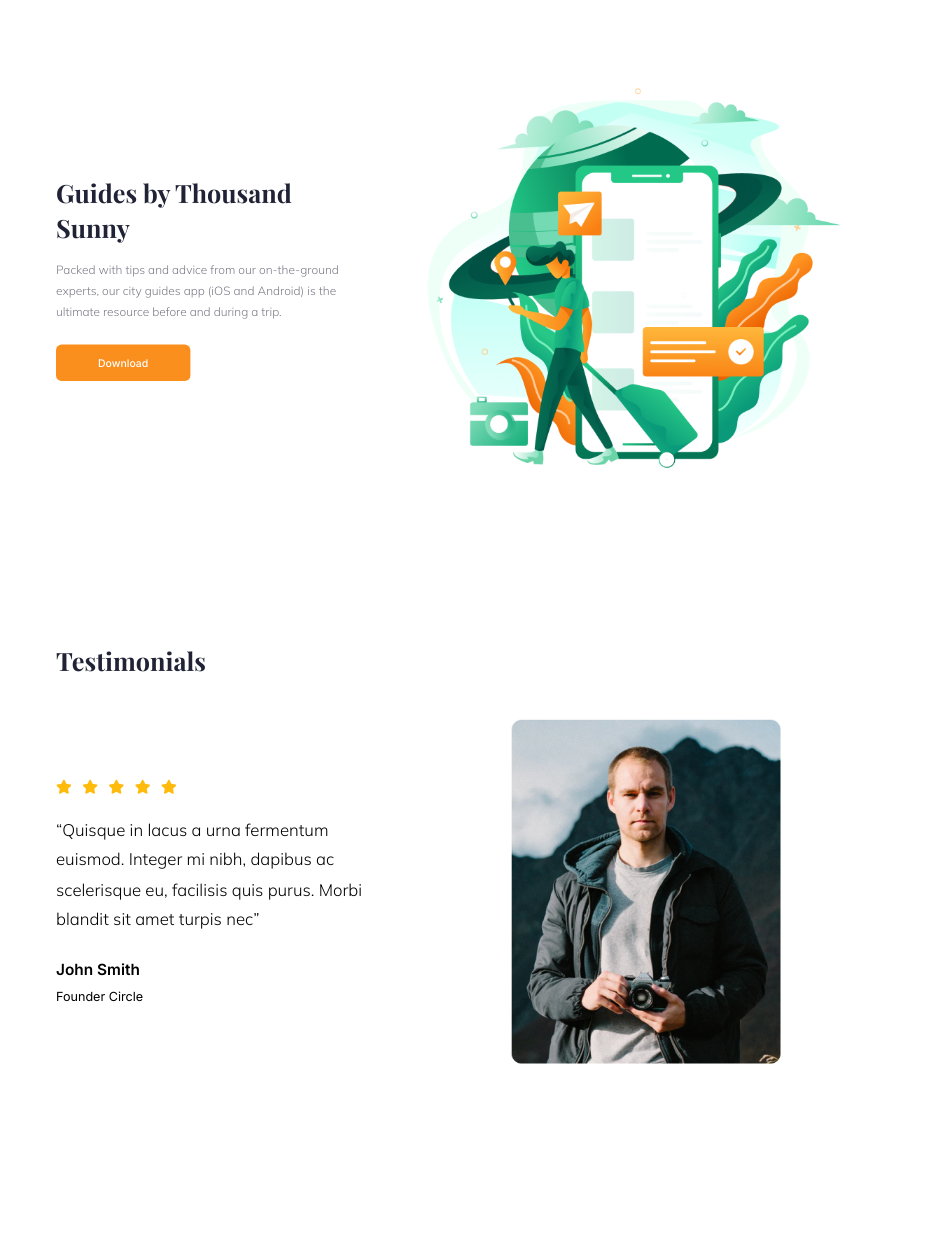
Repository: long5122000/sunny
Page: index.html
An editor plug-in stored every save of this project. The page is shown before and after the next save, followed by the edit.
The browser window is 1280 px wide. The page is 1335 px wide, so the pictures cover 1335 px, including what lies to the right of the window. The pictures show the part of the page from y = 2465 to 4305 px (the page is 4255 px tall before and 4305 px after), at 70% of full size.
The style sheet was rebuilt from its Sass, Less or Tailwind sources for each picture, by a compiler version that may differ from the author's.

Above is the page before, as saved 2021-11-25 10:38:51.

### index.html
<!DOCTYPE html>
<html lang="en">
  <head>
    <meta charset="UTF-8" />
    <meta http-equiv="X-UA-Compatible" content="IE=edge" />
    <meta name="viewport" content="width=device-width, initial-scale=1.0" />
    <title>Thousand Sunny</title>
    <link rel="preconnect" href="https://fonts.googleapis.com" />
    <link rel="preconnect" href="https://fonts.gstatic.com" crossorigin />
    <link
      href="https://fonts.googleapis.com/css2?family=Inter:wght@400;500;600&family=Mulish:wght@300&family=Playfair+Display:wght@700&display=swap"
      rel="stylesheet"
    />
    <link
      rel="stylesheet"
      href="https://use.fontawesome.com/releases/v5.15.4/css/all.css"
      integrity="sha384-DyZ88mC6Up2uqS4h/KRgHuoeGwBcD4Ng9SiP4dIRy0EXTlnuz47vAwmeGwVChigm"
      crossorigin="anonymous"
    />
    <link rel="stylesheet" href="./css/app.css" />
  </head>
  <body>
    <div class="wrapper">
      <header class="header">
        <div class="container">
          <div class="header-main">
            <img srcset="./images/logo.png 2x" alt="" />
            <ul class="menu">
              <li class="menu-item">
                <a href="#" class="menu-link">Home</a>
              </li>
              <li class="menu-item">
                <a href="#" class="menu-link">Destinations</a>
              </li>
              <li class="menu-item">
                <a href="#" class="menu-link">About</a>
              </li>
              <li class="menu-item">
                <a href="#" class="menu-link">Partner</a>
              </li>
              <li class="menu-item">
                <a href="#" class="btn btn--secondary">Login</a>
              </li>
              <li class="menu-item">
                <a href="#" class="btn btn--primary">Register</a>
              </li>
            </ul>
          </div>
        </div>
      </header>
      <main>
        <section class="hero">
          <div class="container">
            <div class="hero-main">
              <div class="hero-content">
                <h1 class="heading hero-heading">Explore and Travel</h1>
                <div class="hero-caption">Holiday finder</div>
                <div class="hero-form">
                  <div class="dropdown">
                    <div class="dropdown-select">
                      <span class="dropdown-value">Location</span>
                      <i class="fas fa-angle-down"></i>
                    </div>
                    <div class="dropdown-list">
                      <div class="dropdown-item">title</div>
                      <div class="dropdown-item">title</div>
                      <div class="dropdown-item">title</div>
                    </div>
                  </div>
                  <div class="dropdown">
                    <div class="dropdown-select">
                      <span class="dropdown-value">Activity</span>
                      <i class="fas fa-angle-down"></i>
                    </div>
                    <div class="dropdown-list">
                      <div class="dropdown-item">title</div>
                      <div class="dropdown-item">title</div>
                      <div class="dropdown-item">title</div>
                    </div>
                  </div>
                  <div class="dropdown">
                    <div class="dropdown-select">
                      <span class="dropdown-value">Grade</span>
                      <i class="fas fa-angle-down"></i>
                    </div>
                    <div class="dropdown-list">
                      <div class="dropdown-item">title</div>
                      <div class="dropdown-item">title</div>
                      <div class="dropdown-item">title</div>
                    </div>
                  </div>
                  <div class="dropdown">
                    <div class="dropdown-select">
                      <span class="dropdown-value">Date</span>
                      <i class="fas fa-angle-down"></i>
                    </div>
                    <div class="dropdown-list">
                      <div class="dropdown-item">title</div>
                      <div class="dropdown-item">title</div>
                      <div class="dropdown-item">title</div>
                    </div>
                  </div>
                </div>
                <a href="#!" class="btn btn--primary">Explore</a>
              </div>
              <div class="hero-image">
                <img srcset="./images/img1.png 2x" alt="" />
              </div>
            </div>
          </div>
        </section>
        <section class="explore">
          <div class="container">
            <div class="explore-main">
              <div class="explore-image">
                <img srcset="./images/img2.png 2x" alt="" />
              </div>
              <div class="explore-content">
                <h2 class="heading explore-heading heading--small">
                  A new way to explore the world
                </h2>
                <p class="text explore-desc">
                  For decades travellers have reached for Lonely Planet books
                  when looking to plan and execute their perfect trip, but now,
                  they can also let Lonely Planet Experiences lead the way
                </p>
                <div class="btn btn--primary" href="!#">Learn More</div>
              </div>
            </div>
          </div>
        </section>
        <section class="destination">
          <div class="container">
            <div class="destination-header">
              <h2 class="heading heading--small">Featured destinations</h2>
              <a href="#!" class="destination-more">
                <span>View all</span>
                <i class="fas fa-angle-right"></i>
              </a>
            </div>
            <div class="destination-list">
              <div class="destination-item">
                <div class="destination-image">
                  <img srcset="./images/destination1.png 2x" alt="" />
                </div>
                <div class="destination-content">
                  <h3 class="destination-name">Raja Ampat</h3>
                  <span class="destination-country">Indonesia</span>
                </div>
              </div>
              <div class="destination-item">
                <div class="destination-image">
                  <img srcset="./images/destination2.png 2x" alt="" />
                </div>
                <div class="destination-content">
                  <h3 class="destination-name">Fanjingshan</h3>
                  <span class="destination-country">China</span>
                </div>
              </div>
              <div class="destination-item">
                <div class="destination-image">
                  <img srcset="./images/destination3.png 2x" alt="" />
                </div>
                <div class="destination-content">
                  <h3 class="destination-name">Vevey</h3>
                  <span class="destination-country">Switzerland</span>
                </div>
              </div>
              <div class="destination-item">
                <div class="destination-image">
                  <img srcset="./images/destination4.png 2x" alt="" />
                </div>
                <div class="destination-content">
                  <h3 class="destination-name">Skadar</h3>
                  <span class="destination-country">Montenegro</span>
                </div>
              </div>
            </div>
          </div>
        </section>
        <section class="guides">
          <div class="container">
            <div class="guides-main">
              <div class="guides-content">
                <h2 class="heading guides-heading heading--small">
                  Guides by Thousand Sunny
                </h2>
                <div class="text guides-desc">
                  Packed with tips and advice from our on-the-ground experts,
                  our city guides app (iOS and Android) is the ultimate resource
                  before and during a trip.
                </div>
                <a href="#!" class="btn btn--primary">Download</a>
              </div>
              <div class="guides-image">
                <img srcset="./images/img3.png 2x" alt="" />
              </div>
            </div>
          </div>
        </section>
        <section class="testimonial">
          <div class="container">
            <div class="testimonial-main">
              <h2 class="heading heading--small testimonial-heading">
                Testimonials
              </h2>
              <div class="testimonial-container">
                <div class="testimonial-content">
                  <div class="testimonial-rating">
                    <i class="fa fa-star"></i>
                    <i class="fa fa-star"></i>
                    <i class="fa fa-star"></i>
                    <i class="fa fa-star"></i>
                    <i class="fa fa-star"></i>
                  </div>
                  <div class="testimonial-desc text">
                    “Quisque in lacus a urna fermentum euismod. Integer mi nibh,
                    dapibus ac scelerisque eu, facilisis quis purus. Morbi
                    blandit sit amet turpis nec”
                  </div>
                  <div class="testimonial-author">
                    <h3 class="testimonial-name">John Smith</h3>
                    <span class="testimonial-job">Founder Circle</span>
                  </div>
                </div>
                <div class="testimonial-image">
                  <img srcset="./images/testimonial.png 2x" alt="" />
                </div>
              </div>
            </div>
          </div>
        </section>
      </main>
    </div>
    <script src="scripts/app.js"></script>
  </body>
</html>

### sass/app.scss
@import "reset";
@import "variables";
@import "global";
@import "typography";
@import "header";
@import "menu";
@import "hero";
@import "explore";
@import "destination";
@import "guides";
@import "testimonial";
@import "story";
@import "footer";

### sass/_variables.scss
$primary-font: "Inter", sans-serif;
$secondary-font: "Playfair Display", serif;
$third-font: "Mulish", sans-serif;
$gray: #b8becd;
$gray-dark: #afb0b9;
$gray-darker: #7d7987;
$gray-darkest: #202336;
$primary-color: #fb8f1d;
$gray-blur: #80918e;

### sass/_global.scss
.wrapper {
  max-width: 1600px;
  margin: 0 auto;
}
.container {
  max-width: 1260px;
  margin: 0 auto;
  padding: 0 20px;
}
ul {
  list-style: none;
}
.btn {
  display: inline-flex;
  justify-content: center;
  align-items: center;
  cursor: pointer;
  font-size: 15px;
  font-weight: 500;
  font-family: $primary-font;
  line-height: 1;
  height: 52px;
  padding: 0 60px;
  border-radius: 8px;
  background-color: transparent;
  border: 0;
  outline: none;
  &--primary {
    color: white;
    background-color: $primary-color;
  }
  &--secondary {
    color: $primary-color;
    border: 1px solid currentColor;
  }
}
.dropdown {
  &-list {
    display: none;
  }
  &-select {
    display: flex;
    justify-content: space-between;
    align-items: center;
    padding: 20px 30px;
    border-radius: 6px;
    border: 1px solid $gray-dark;
    color: $gray-darkest;
    cursor: pointer;
  }
}

### sass/_typography.scss
body {
  font-family: $primary-font;
  font-size: 16px;
  line-height: 1;
  color: $gray;
}
.heading {
  font-family: $secondary-font;
  color: $gray-darkest;
  &--small {
    line-height: 139%;
    font-size: 36px;
  }
}
.text {
  font-weight: 300;
  line-height: 176%;
  font-size: 17px;
  color: $gray-darker;
  font-family: $third-font;
}

### sass/_header.scss
.header {
  padding-top: 45px;
  padding-bottom: 70px;
  &-main {
    display: flex;
    justify-content: space-between;
    align-items: center;
  }
}

### sass/_menu.scss
.menu {
  display: flex;
  align-items: center;
  gap: 0 35px;
  &-link {
    color: inherit;
  }
}

### sass/_hero.scss
.hero {
  margin-bottom: 270px;
  &-main {
    display: flex;
    justify-content: space-between;
    align-items: center;
  }
  &-heading {
    font-size: 64px;
    line-height: 125%;
    margin-bottom: 74px;
  }
  &-caption {
    font-size: 22px;
    font-weight: 600;
    margin-bottom: 48px;
    padding-bottom: 20px;
    display: inline-block;
    position: relative;
    color: $gray-darkest;
    &:before {
      content: "";
      position: absolute;
      bottom: 0;
      left: 0;
      width: 32px;
      height: 2px;
      background-color: $gray-darkest;
    }
  }
  &-content {
    width: 100%;
    max-width: 470px;
  }
  &-image {
    transform: translateX(85px);
  }
  &-form {
    margin-bottom: 50px;
    display: grid;
    grid-template-columns: 1fr 1fr;
    grid-gap: 30px;
  }
}

### sass/_explore.scss
.explore {
  margin-bottom: 292px;
  &-main {
    display: flex;
    justify-content: space-between;
    align-items: center;
    gap: 0 50px;
  }
  &-content {
    max-width: 508px;
    padding-right: 58px;
  }
  &-image {
    transform: translateX(-50px);
  }
  &-heading {
    margin-bottom: 20px;
  }
  &-desc {
    margin-bottom: 33px;
  }
}

### sass/_destination.scss
.destination {
  margin-bottom: 232px;

  &-header {
    display: flex;
    justify-content: space-between;
    align-items: center;
    margin-bottom: 56px;
    padding-left: 50px;
    padding-right: 50px;
  }
  &-more {
    color: $primary-color;
    display: flex;
    align-items: center;
    gap: 0 5px;
  }
  &-list {
    padding-left: 50px;
    padding-right: 50px;
    display: grid;
    grid-template-columns: repeat(4, 1fr);
    grid-gap: 25px;
  }

  &-item {
    height: 337px;
    position: relative;
  }
  &-image {
    width: 100%;
    height: 100%;
  }
  &-image img {
    border-radius: 8px;
    height: 100%;
    width: 100%;
    object-fit: cover;
  }
  &-content {
    position: absolute;
    bottom: 0;
    left: 0;
    z-index: 2;
    background: #ffffff;
    border-radius: 0px 6px 0px 0px;
    padding: 11px 32px 11px 0;
  }
  &-name {
    font-size: 17px;
    font-weight: 600;
    color: $gray-darkest;
    margin-bottom: 10px;
  }
  &-country {
    font-weight: 500;
    font-size: 15px;
    color: $gray-blur;
  }
}

### sass/_guides.scss
.guides {
  margin-bottom: 250px;
  &-main {
    display: flex;
    justify-content: space-between;
    align-items: center;
    gap: 0 80px;
  }
  &-content {
    max-width: 450px;
    width: 100%;
    transform: translateX(50px);
  }
  &-image {
    padding-right: 40px;
  }
  &-heading {
    margin-bottom: 20px;
  }
  &-desc {
    margin-bottom: 33px;
  }
}

### sass/_testimonial.scss
.testimonial {
  margin-bottom: 270px;
  &-heading {
    margin-bottom: 60px;
  }
  &-main {
    max-width: 1085px;
    padding-left: 50px;
    position: relative;
  }
  &-container {
    display: flex;
    justify-content: space-between;
    align-items: center;
  }
  &-content {
    max-width: 450px;
  }
  &-rating {
    font-size: 20px;
    display: flex;
    align-items: center;
    gap: 15px;
    margin-bottom: 30px;
    color: #ffbb0c;
  }
  &-desc {
    color: #000;
    margin-bottom: 40px;
    font-size: 24px;
    font-weight: 400;
  }
  &-name {
    font-size: 22px;
    font-weight: bold;
    color: #000;
    margin-bottom: 20px;
  }
  &-job {
    font-size: 18px;
    color: #000;
  }
}

Loaded but not shown: sass/_reset.scss (common file); scripts/app.js (no stored copy; drawn as an empty file); sass/_story.scss (no stored copy; drawn as an empty file); sass/_footer.scss (no stored copy; drawn as an empty file)

After the next save:
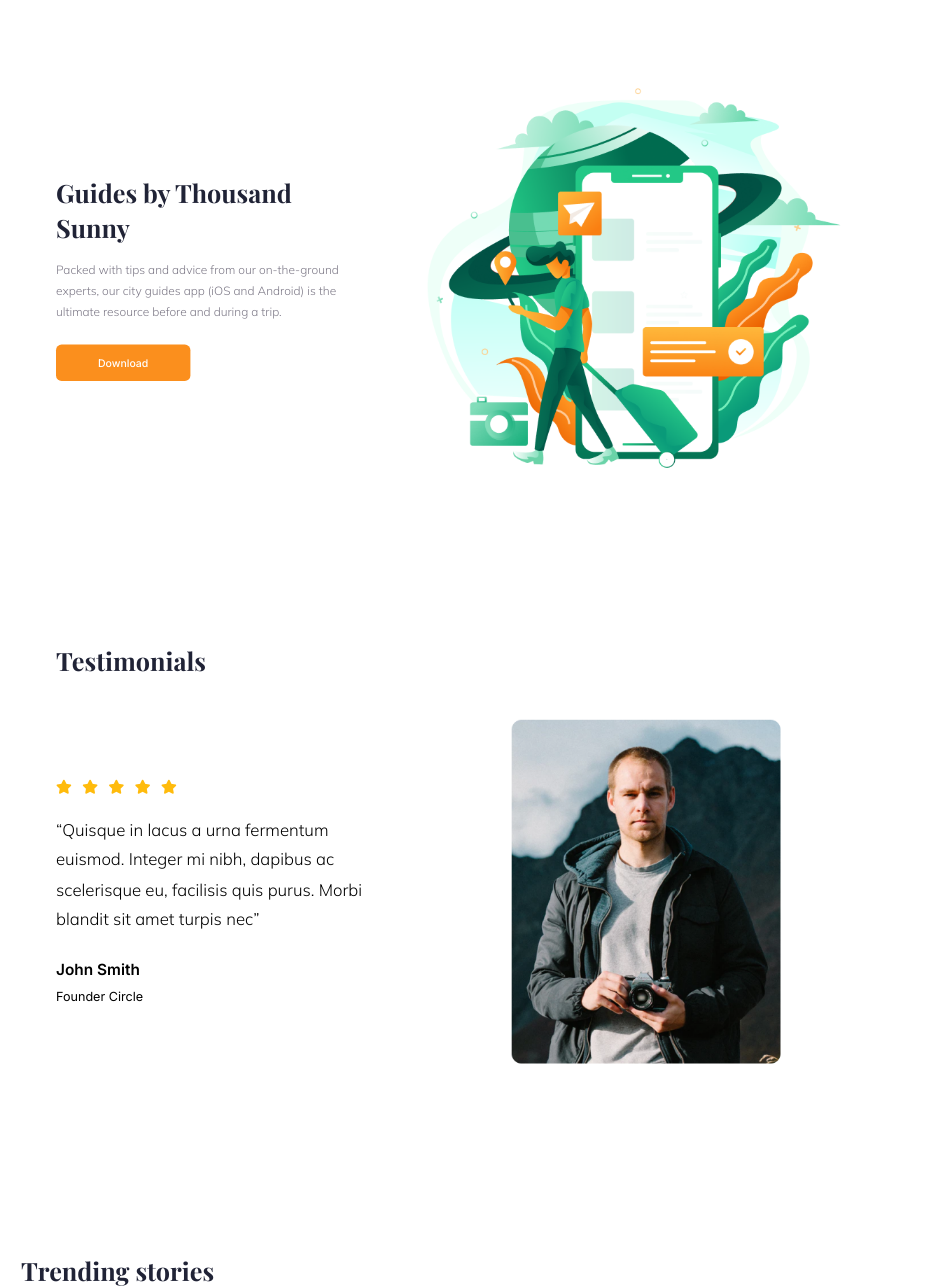
Saved 2 min 38 s later.
--- a/index.html
+++ b/index.html
@@ -230,6 +230,15 @@
             </div>
           </div>
         </section>
+        <section class="story">
+          <div class="container">
+            <div class="story-header">
+              <h2 class="heading heading--small story-heading">
+                Trending stories
+              </h2>
+            </div>
+          </div>
+        </section>
       </main>
     </div>
     <script src="scripts/app.js"></script>
